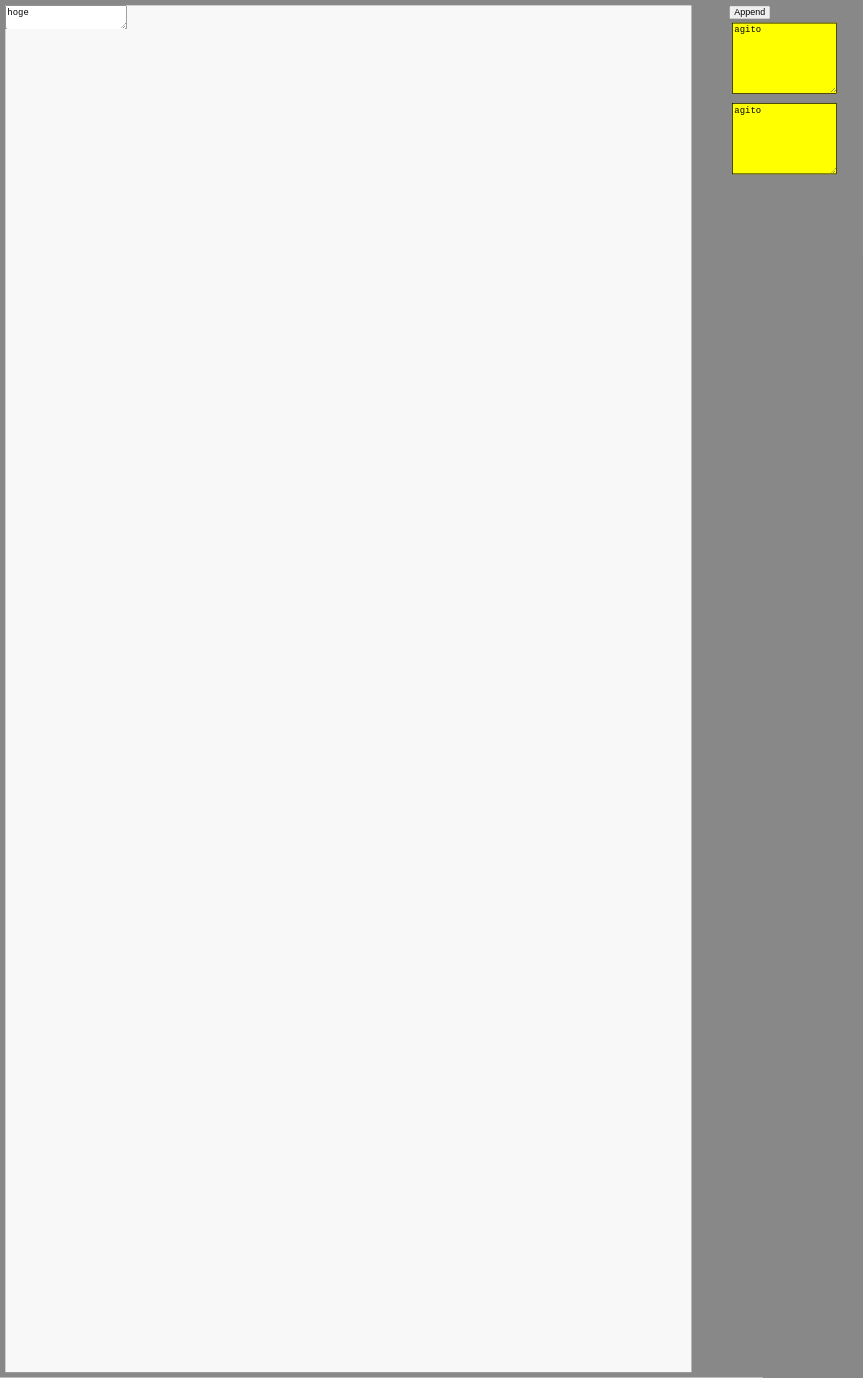
Repository: EndoHizumi/Memocca-Client
Page: board.html
These files come from the project's save history. The page is drawn as it stood at one moment and after the next save; the edit follows.
The browser window is 1280 px wide. The page is 1288 px wide, so the pictures cover 1288 px, including what lies to the right of the window. The pictures show the whole page, at 67% of full size.

Above is the page before, as saved 2020-03-26 08:30:06.

### board.html
<!DOCTYPE html>
<html>

<head>
  <title>canvas tutorial</title>
  <script src="board.js"></script>
  <style>
    body {
      background: #888888;
      width: 100%;
      height: 2040px;
    }

    #canvas {
      background: #f8f8f8;
      width: 80%;
      height: 100%;
    }

    #stock {
      position: absolute;
      right: 0;
      width: 15%;
    }

    .append {
      display: block;
      right: 50%;
      left: 50%;
      position: relative;
    }

    .sticky {
      border: solid 1px black;
      width: 150px;
      height: 100px;
      margin: 5px;
      margin-top: 5px;
      background: yellow;
    }

    .in_stock {}

    .in_canvas {
      position: absolute;
    }
  </style>
</head>

<body>
  <div id="stock">
    <button id=Append>Append</button>
    <textarea class="sticky in_stock">agito</textarea>
    <textarea class="sticky in_stock">agito</textarea>
  </div>
  <div id="canvas">
    <textarea class="stickey in_canvas">hoge</textarea>
  </div>
</body>
<!--
  boards:
    GET:
        boards:一覧表示
        boards/{id}:詳細表示
    POST:
        boards:作成
    PUT:
        boards/{id}:更新（メンバーの追加・退出）
    DELETE:
        boards/{id}:削除
  stickeys:
    GET:
        stickeys/{boardid}:付箋全部取得
    POST:
        stickeys/{boardid}:付箋追加
    PUT:
        stickeys/{boardid}:付箋内容変更
    DELETE:
        stickeys/{boardid}:付箋削除
  users:
    GET:
        users/:ユーザー一覧
        users/{userid}:ユーザー詳細情報
    POST:
        users/{board}:ユーザー追加
    PUT:
        users/{userid}:ユーザー情報変更
    DELETE:
        users/{userid}:ユーザー削除
-->

</html>

### board.js
window.onload = function () {
  function onClick(e) {
    var div = document.createElement('div');
    div.className = 'stickey instock';
    document.getElementById('stock').appendChild(div);
  }

  append = document.getElementById('Append')
  append.addEventListener('click', onClick, false);
}

After the next save:
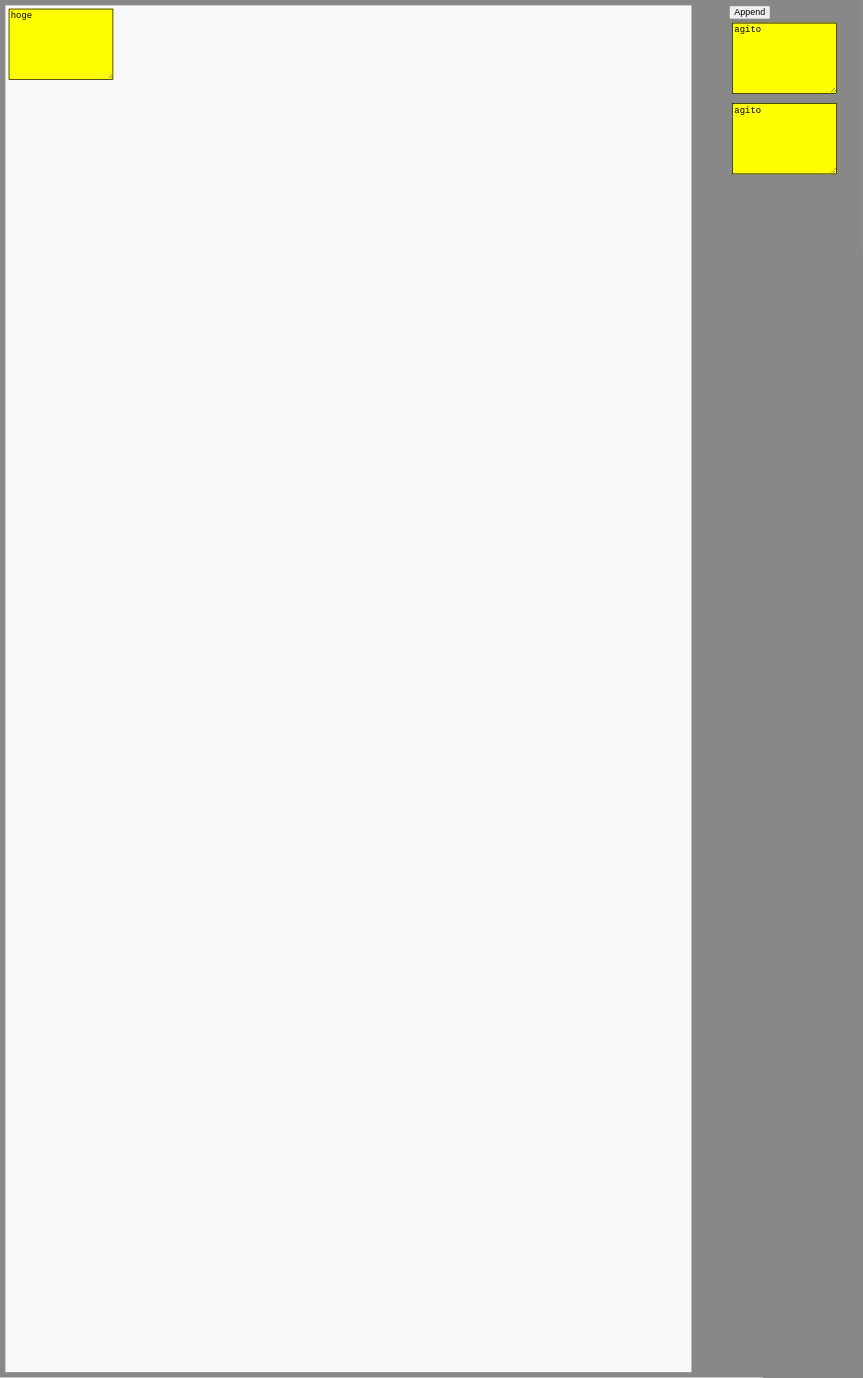
Saved 5 s later.
--- a/board.html
+++ b/board.html
@@ -54,7 +54,7 @@
     <textarea class="sticky in_stock">agito</textarea>
   </div>
   <div id="canvas">
-    <textarea class="stickey in_canvas">hoge</textarea>
+    <textarea class="sticky in_canvas">hoge</textarea>
   </div>
 </body>
 <!--
